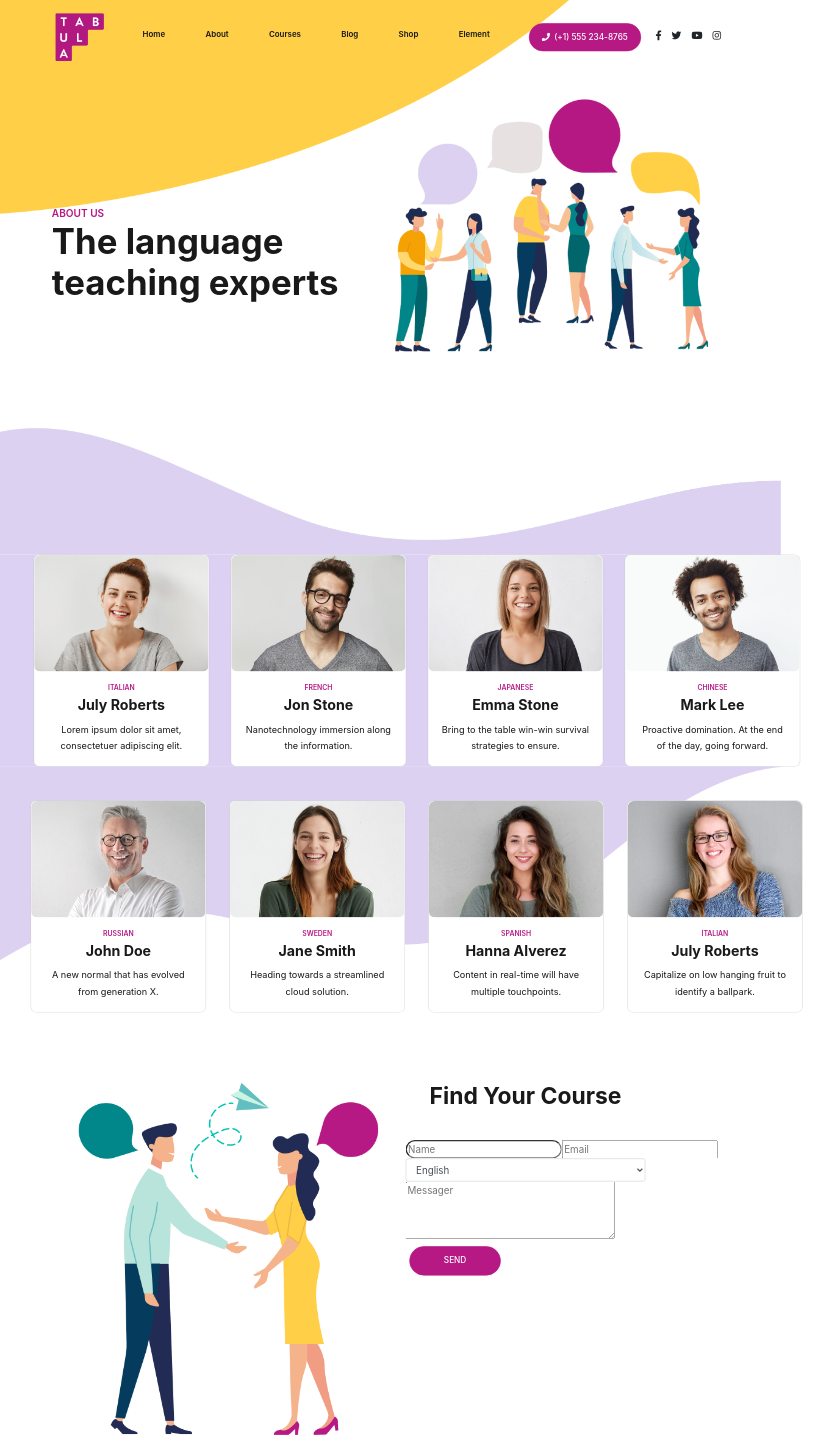
Repository: Khanh1234-glitch/TruongNguyenBaoKhanh_BC22_assignment__tabula
Page: Tabula/index.html
An editor plug-in stored every save of this project. The page is shown before and after the next save, followed by the edit.
The browser window is 1280 px wide. The page is 1366 px wide, so the pictures cover 1366 px, including what lies to the right of the window. The pictures show the whole page, at 61% of full size.
The style sheet was rebuilt from its Sass, Less or Tailwind sources for each picture, by a compiler version that may differ from the author's.

Above is the page before, as saved 2022-04-18 09:54:42.

After the next save:
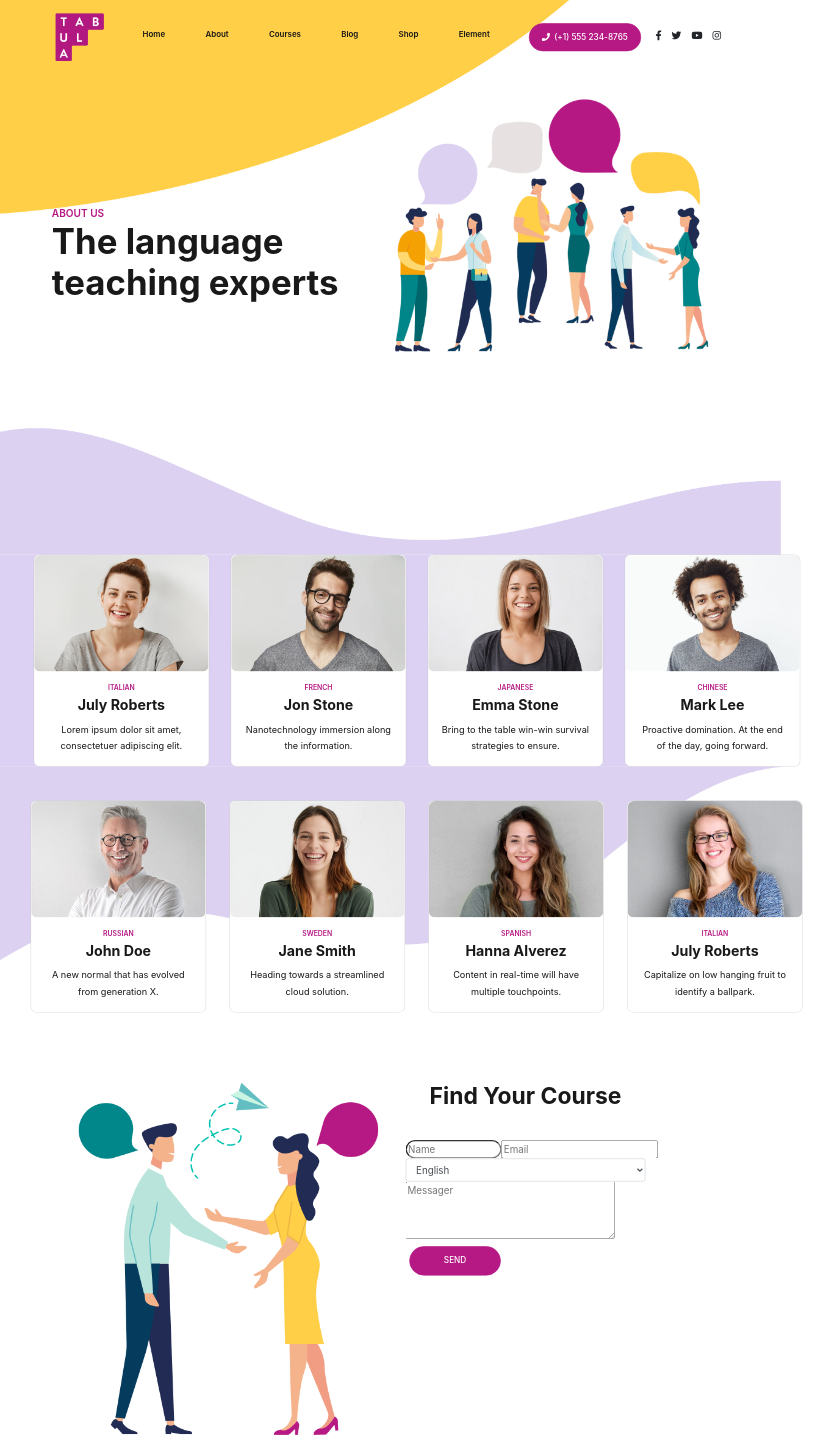
Saved 11 s later.
--- a/Tabula/Sass/Component/_footer-form.scss
+++ b/Tabula/Sass/Component/_footer-form.scss
@@ -15,6 +15,7 @@
                     .name-form {
                         input {
                             border-radius: 50px;
+                            width: 157px;
                         }
                     }
                 }
